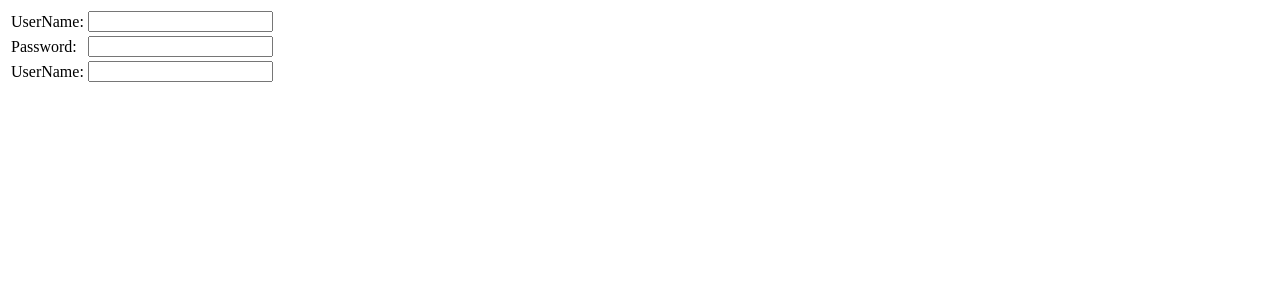
Repository: KeshavDeveloper/Dynamic-web-app
Page: http://localhost/MyRegistrationProject/
An editor plug-in stored every save of this project. The page is shown before and after the next save, followed by the edit.
The browser window is 1280 px wide. The pictures show the whole page.
The page is served by Tomcat 9. Other server files are loaded and not shown.

Above is the page before, as saved 2018-06-26 21:22:35.

### MyRegistrationProject/WebContent/login.jsp
<%@ page language="java" contentType="text/html; charset=ISO-8859-1"
    pageEncoding="ISO-8859-1"%>
<!DOCTYPE html PUBLIC "-//W3C//DTD HTML 4.01 Transitional//EN" "http://www.w3.org/TR/html4/loose.dtd">
<html>
<head>
<meta http-equiv="Content-Type" content="text/html; charset=ISO-8859-1">
<title>Insert title here</title>
</head>
<body>
<form action="LoginRegister"></form>
<table>
<tr><td>UserName:</td><td><input type="text" name="name"></td></tr>
<tr><td>Password:</td><td><input type="password" name="password"></td></tr>
<tr><td>UserName:</td><td><input type="text" name="name"></td></tr>

</table>

</body>
</html>

After the next save:
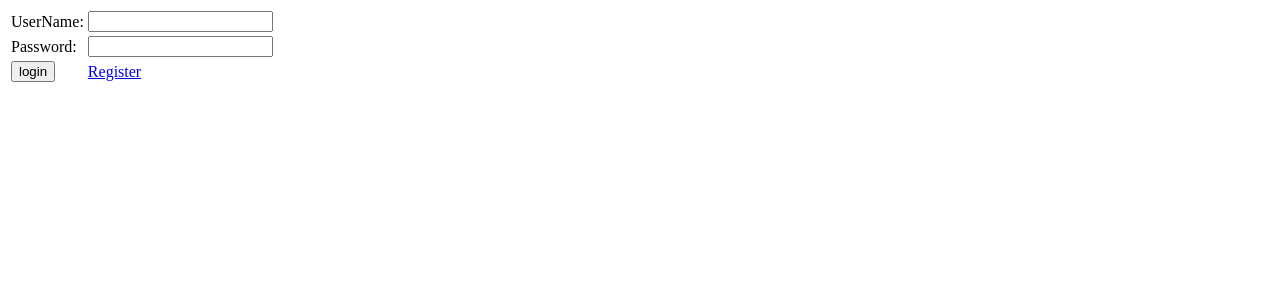
Saved 4 min 30 s later.
--- a/MyRegistrationProject/WebContent/login.jsp
+++ b/MyRegistrationProject/WebContent/login.jsp
@@ -11,7 +11,7 @@
 <table>
 <tr><td>UserName:</td><td><input type="text" name="name"></td></tr>
 <tr><td>Password:</td><td><input type="password" name="password"></td></tr>
-<tr><td>UserName:</td><td><input type="text" name="name"></td></tr>
+<tr><td><input type="submit" name="login" value="login"></td><td><a href="register.jsp">Register</a></tr>
 
 </table>
 
